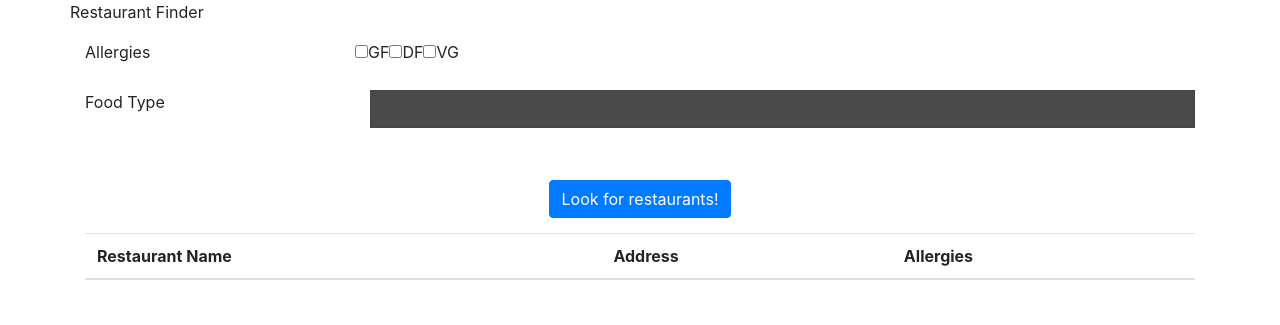
Repository: KobeRox/Loremips
Page: index.html
These files come from the project's save history. The page is drawn as it stood at one moment and after the next save; the edit follows.
The browser window is 1280 px wide. The pictures show the whole page.
Some web libraries are served in a nearby version.

Above is the page before, as saved 2019-09-08 17:05:16.
Console error: TypeError: Cannot read properties of undefined (reading 'fn')

After the next save:
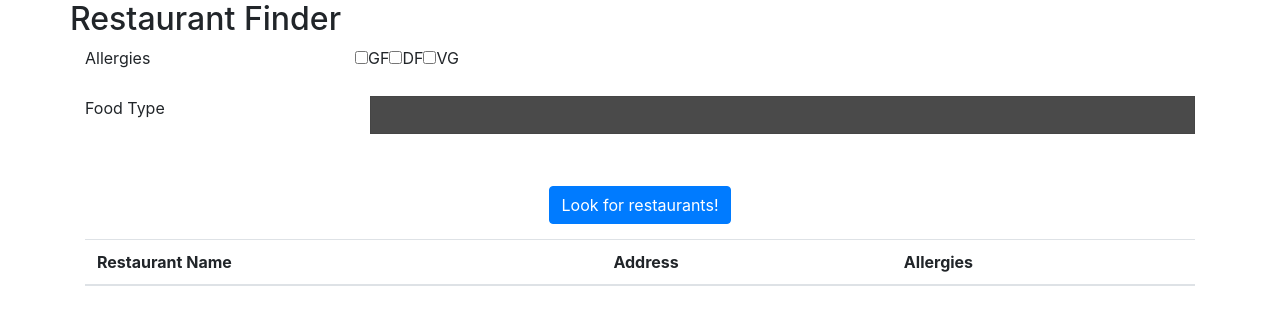
Saved 17 s later.
--- a/index.html
+++ b/index.html
@@ -52,7 +52,7 @@
         <div class="panel-body">
 
             <div class="row" style="text-align: center;">
-                <p>Restaurant Finder</p>
+                <h2>Restaurant Finder</h2>
             </div>
             <div class="row" style="margin-bottom: 10px;">
                 <div class="col-xs-3 col-md-3">
